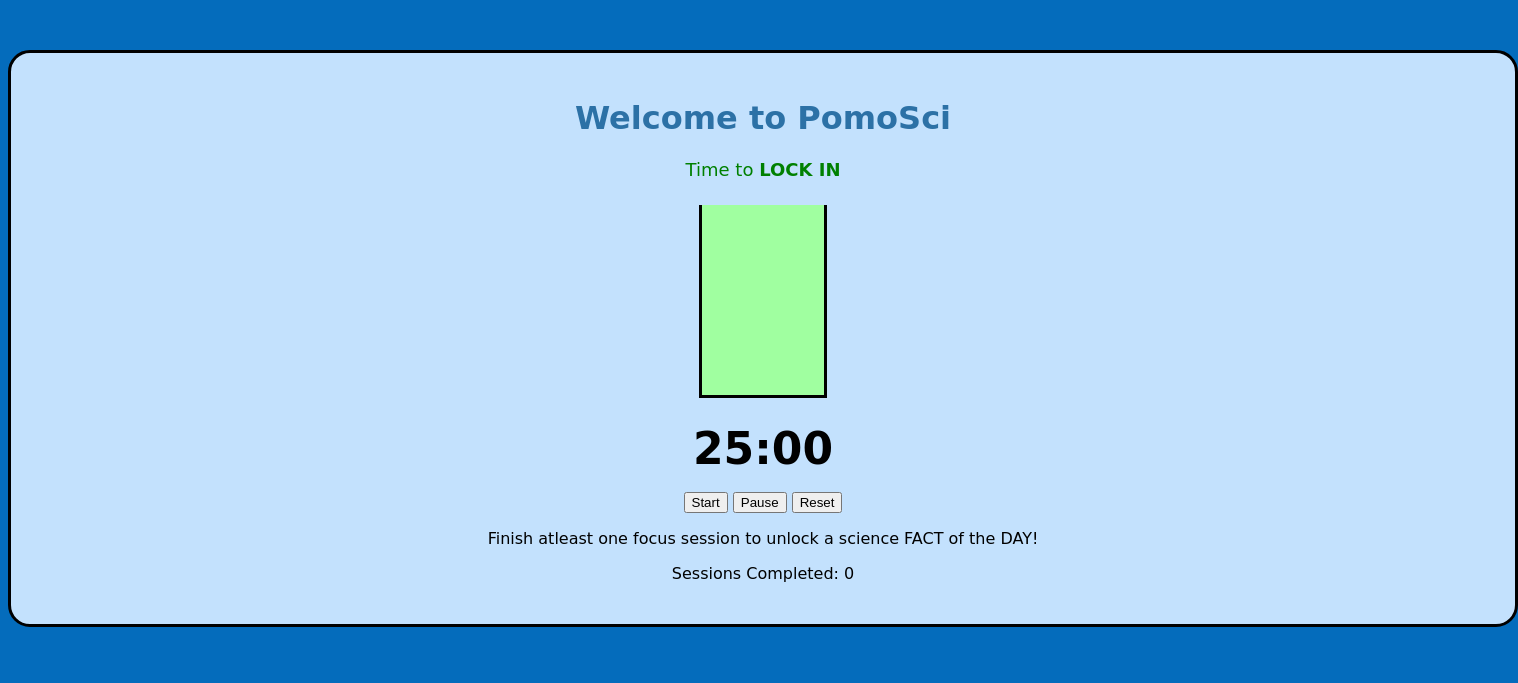
Repository: manayparikh1/Pomosci
Page: index.html
These files come from the project's save history. The page is drawn as it stood at one moment and after the next save; the edit follows.
The browser window is 1280 px wide. The page is 1518 px wide, so the pictures cover 1518 px, including what lies to the right of the window. The pictures show the whole page.

Above is the page before, as saved 2026-11-13 13:34:04.

### index.html
<!DOCTYPE html>
<html lang="en">

<head>
    <meta charset="UTF-8">
    <meta name="viewport" content="width=device-width, initial-scale=1.0">
    <title><strong>PomoSci</strong></title>

    <head>

    <body>
        <!-- ======== HTML ======== -->
        <div class="lab_sci">
            <h1>Welcome to PomoSci</h1>
            <p id="mode">Time to <strong>LOCK IN</strong></p>

            <div class="beaker is paused" id="beaker">
                <div id="liquid">
                    <span class="bubble"></span>
                    <span class="bubble"></span>
                    <span class="bubble"></span>
                    <span class="bubble"></span>
                </div>
            </div>
            <div id="time">25:00</div>
            <button onclick="start()">Start</button>
            <button onclick="pause()">Pause</button>
            <button onclick="reset()">Reset</button>

            <p id="fact">Finish atleast one focus session to unlock a science FACT of the DAY!</p>
            <p id="count">Sessions Completed: 0</p>

            <!-- ====Css--===-->

            <style>
                body {
                    font-family: Comic Sans MS, Comic Sans, cursive;
                    background-color: rgb(4, 108, 188);
                    text-align: center;
                }

                .lab_sci {
                    background-color: rgb(195, 225, 253);
                    width: 1454px;
                    margin: 50px auto;
                    padding: 25px;
                    border: 3px solid black;
                    border-radius: 22px;
                }

                h1 {
                    color: rgb(44, 113, 166);
                }

                #mode {
                    color: green;
                    font-size: 18px;
                }

                .beaker {
                    width: 122px;
                    height: 190px;
                    margin: 25px auto;
                    border: 3px solid black;
                    border-top: none;
                    position: relative;
                }

                #liquid {
                    background-color: rgb(160, 255, 160);
                    height: 100%;
                    position: absolute;
                    bottom: 0;
                    width: 100%;
                }

                #time {
                    font-size: 44px;
                    font-weight: bold;
                    margin: 18px;
                    font-family: 'Comic Sans MS', cursive, sans-serif;
                }

After the next save:
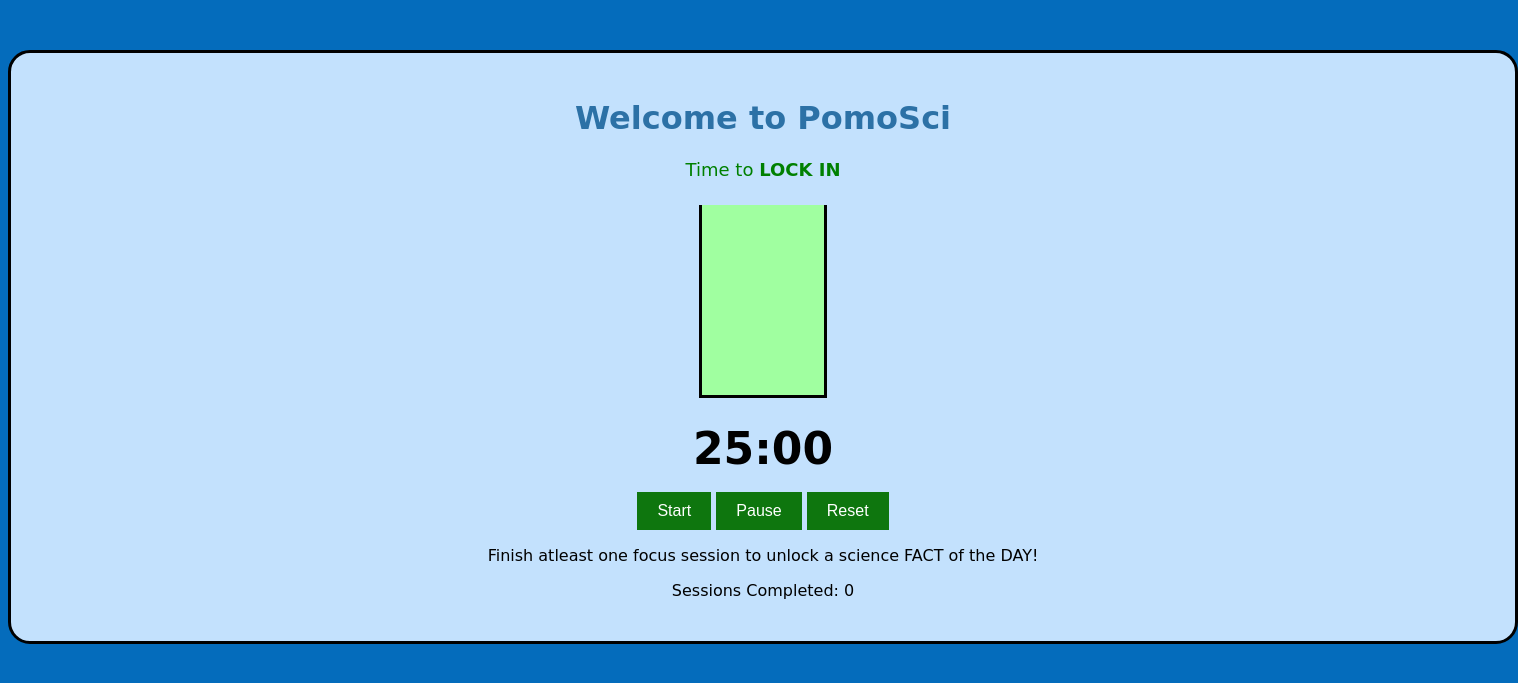
Saved 2 min 27 s later.
--- a/index.html
+++ b/index.html
@@ -80,3 +80,11 @@
                     margin: 18px;
                     font-family: 'Comic Sans MS', cursive, sans-serif;
                 }
+
+                button {
+                    background-color: rgb(14, 118, 14);
+                    color: white;
+                    padding: 10px 20px 10px;
+                    font-size: 16px;
+                    border: none;
+                }
